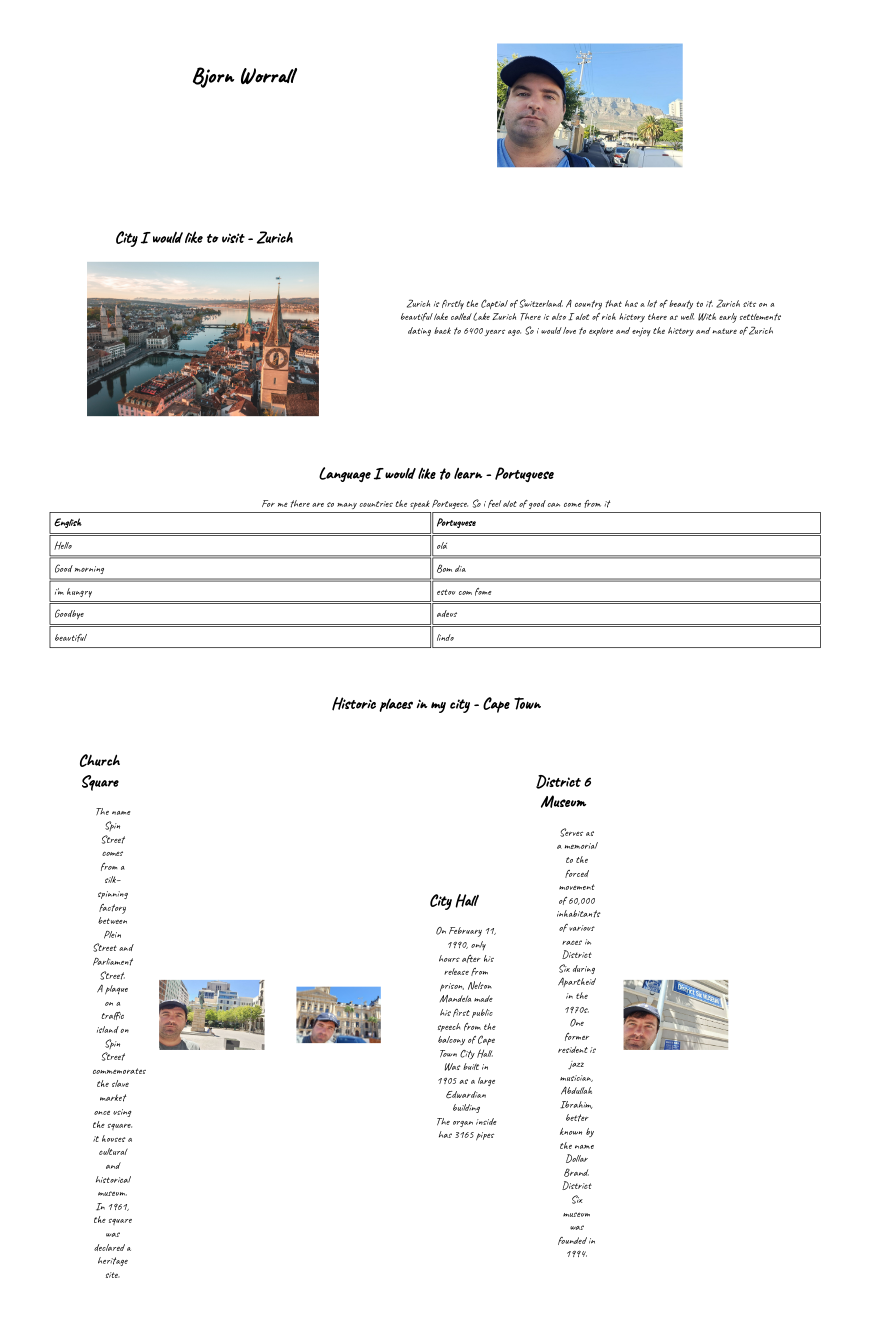
Repository: lasity34/basic-webpage
Page: no_framework/index.html
The author's editor kept a copy of each file at every save. The page is drawn from the files as they stood at one save, then again after the next save.
The browser window is 1280 px wide. The pictures show the whole page, at 68% of full size.

Above is the page before, as saved 2023-03-03 12:23:49.

### no_framework/index.html
<!DOCTYPE html>
<html lang="en">
  <link rel="stylesheet" type="text/css" href="styles.css" />
  <link rel="preconnect" href="https://fonts.googleapis.com" />
  <link rel="preconnect" href="https://fonts.gstatic.com" crossorigin />
  <link
    href="https://fonts.googleapis.com/css2?family=Caveat&display=swap"
    rel="stylesheet"
  />
  <head>
    <meta charset="UTF-8" />
    <meta http-equiv="X-UA-Compatible" content="IE=edge" />
    <meta name="viewport" content="width=device-width, initial-scale=1.0" />
    <title>Bjorns Profile Reponsive</title>
  </head>
  <body>
    <main>
      <section id="profile_section" class="grid_display">
        <h1 id="profile_name">Bjorn Worrall</h1>
        <div id="img_container">
          <img
            id="profile_img"
            src="../images/profile.jpg"
            alt="A picture of me with table Mountain at the back"
          />
        </div>
      </section>
      <section id="city_section" class="grid_display">
        <div id="city_container">
          <h1>City I would like to visit - Zurich</h1>
          <img src="../images/zurich.jpg" width="100%" />
        </div>
        <p>
          Zurich is firstly the Captial of Switzerland. A country that has a lot
          of beauty to it. Zurich sits on a beautiful lake called Lake Zurich
          There is also I alot of rich history there as well. With early
          settlements dating back to 6400 years ago. So i would love to explore
          and enjoy the history and nature of Zurich
        </p>
      </section>
      <section id="language">
        <h1>Language I would like to learn - Portuguese</h1>
        <p>
          For me there are so many countries the speak Portugese. So i feel alot
          of good can come from it
        </p>

        <table>
          <tr>
            <th>English</th>
            <th>Portuguese</th>
          </tr>
          <tr>
            <td>Hello</td>
            <td>olá</td>
          </tr>
          <tr>
            <td>Good morning</td>
            <td>Bom dia</td>
          </tr>
          <tr>
            <td>i'm hungry</td>
            <td>estou com fome</td>
          </tr>
          <tr>
            <td>Goodbye</td>
            <td>adeus</td>
          </tr>
          <tr>
            <td>beautiful</td>
            <td>lindo</td>
          </tr>
        </table>
      </section>
      <section>
        <h1>Historic places in my city - Cape Town</h1>
        <div id="places_grid">
          <div class="places_container">
            <div class="places_info">
              <h2>Church Square</h2>
              <ul>
                <li>
                  The name Spin Street comes from a silk–spinning factory
                  between Plein Street and Parliament Street.
                </li>
                <li>
                  A plaque on a traffic island on Spin Street commemorates the
                  slave market once using the square.
                </li>
                <li>
                  it houses a cultural and historical museum. In 1961, the
                  square was declared a heritage site.
                </li>
              </ul>
            </div>
            <img src="../images/church_square.jpg" />
          </div>
          <div class="places_container">
            <img src="./images/city_hall.jpg" />
            <div id="places_info_hall">
              <h2>City Hall</h2>
              <ul>
                <li>
                  On February 11, 1990, only hours after his release from
                  prison, Nelson Mandela made his first public speech from the
                  balcony of Cape Town City Hall.
                </li>
                <li>Was built in 1905 as a large Edwardian building</li>
                <li>The organ inside has 3165 pipes</li>
              </ul>
            </div>
          </div>
          <div class="places_container">
            <div class="places_info">
              <h2>District 6 Museum</h2>
              <ul>
                <li>
                  Serves as a memorial to the forced movement of 60,000
                  inhabitants of various races in District Six during Apartheid
                  in the 1970s.
                </li>
                <li>
                  One former resident is jazz musician, Abdullah Ibrahim, better
                  known by the name Dollar Brand.
                </li>
                <li>District Six museum was founded in 1994.</li>
              </ul>
            </div>
            <img src="../images/district_6.jpg" />
          </div>
        </div>
      </section>
    </main>
  </body>
</html>

### no_framework/styles.css
/* global */

* {
  font-family: "Caveat", "Arial Narrow", Arial, sans-serif;
}

main {
  max-width: 95%;
  margin: 2rem auto;
}

li {
  list-style: none;
}

section {
  margin-top: 4rem;
  text-align: center;
}

/* profile */

#profile_name {
  font-size: 2rem;
  text-align: center;
}

#img_container {
  text-align: center;
}

#profile_img {
  width: 60%;
}

/* language */

table {
  margin: auto;
}

td,
th {
  border: 1px solid black;
  padding: 0.3em;
  width: 1%;
  text-align: left;
}

/* historic places */

.places_container {
  display: grid;
  grid-template-columns: 40% 50%;
  padding: 1em;
  justify-content: space-around;
}

.places_info {
  padding-right: 1.5em;
  text-align: center;
}

#places_info_hall {
  padding-left: 1.5em;
}

.places_container img {
  width: 100%;
  margin: auto;
}

/* max-width 767px */

@media (max-width: 567px) {
  .places_container {
    display: flex;
    flex-direction: column;
    margin: 0.5em 0;
    padding: 0 0.5em;
    border-top: 1px black solid;
  }

  #places_info_hall {
    order: -1;
    padding-left: 0;
  }

  .places_info,
  #places_info_hall {
    margin-bottom: 2em;
  }
}

@media (min-width: 1000px) {
  main {
    max-width: 90%;
  }

  .grid_display {
    display: grid;
  }

  #profile_section {
    grid-template-columns: 50% 40%;
  }

  p,
  .places_info,
  #places_info_hall {
    margin: auto 0;
  }

  #city_section {
    justify-content: space-around;
    grid-template-columns: 30% 50%;
  }

  #places_grid {
    display: grid;
    grid-template-columns: 30% 30% 30%;
  }
}

After the next save:
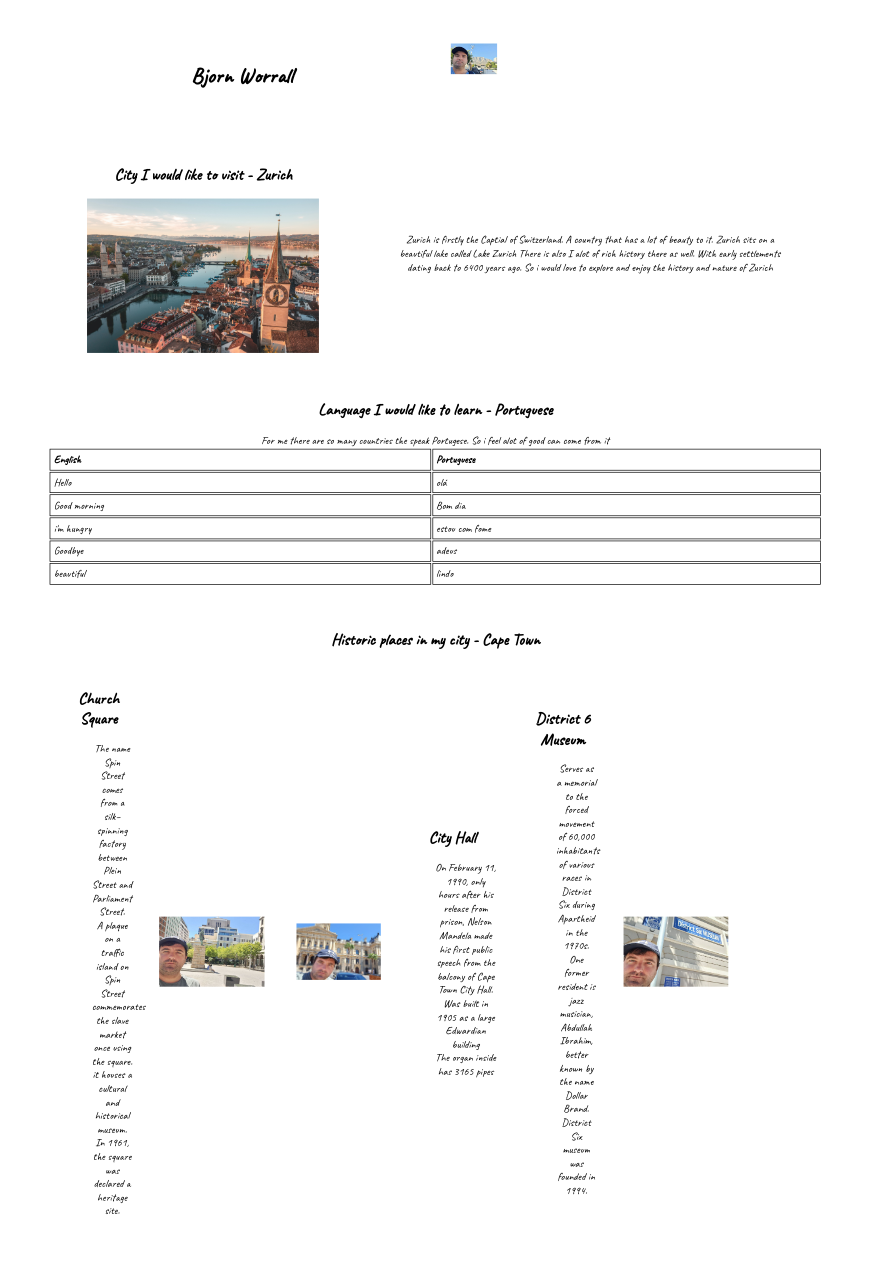
Saved 65 s later.
--- a/no_framework/styles.css
+++ b/no_framework/styles.css
@@ -102,7 +102,7 @@ th {
   }
 
   #profile_section {
-    grid-template-columns: 50% 40%;
+    grid-template-columns: 50% 10%;
   }
 
   p,
